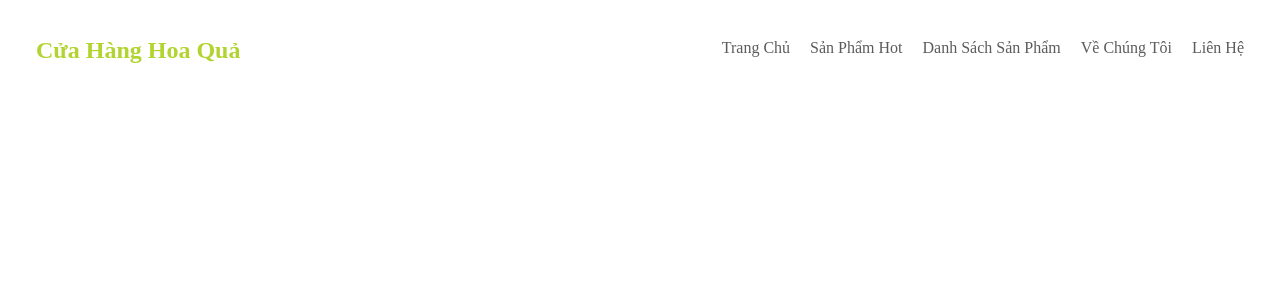
Repository: kieuduc123/HoaQua
Page: index.html
The author's editor kept a copy of each file at every save. The page is drawn from the files as they stood at one save, then again after the next save.
The browser window is 1280 px wide. The pictures show the whole page.

Above is the page before, as saved 2023-11-29 21:02:04.

After the next save:
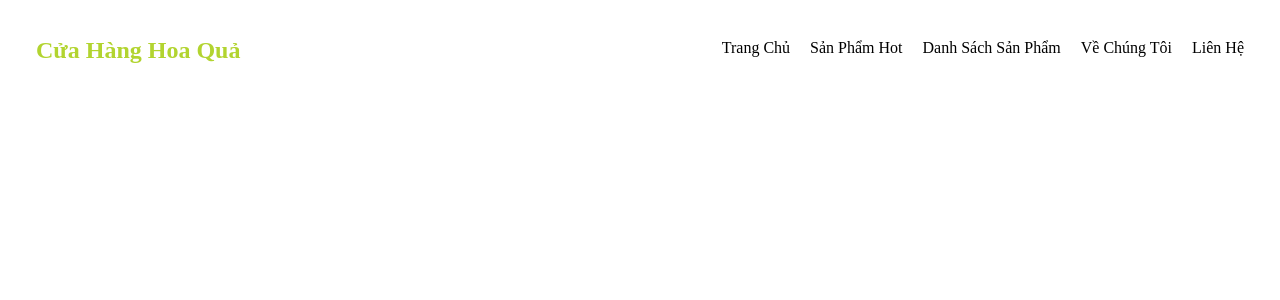
Saved 118 s later.
--- a/asset/style.css
+++ b/asset/style.css
@@ -1,5 +1,4 @@
 li ,a{
-    color: #5b5b5b;
     text-decoration: none;
     list-style: none;
 }
@@ -27,4 +26,6 @@ li ,a{
 }
 .header li a {
     font-size: 16px;
+    color: #000;
+
 }
